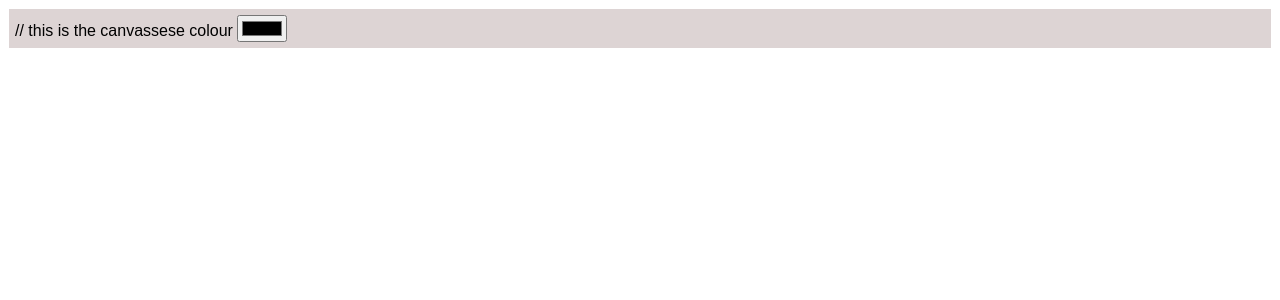
Repository: manayparikh1/CanColour
Page: index.html
The author's editor kept a copy of each file at every save. The page is drawn from the files as they stood at one save, then again after the next save.
The browser window is 1280 px wide. The pictures show the whole page.

Above is the page before, as saved 2026-10-08 07:24:14.

### index.html
<body style="margin:9;
font: 16px Arial, sans-serif;">
    <div style="padding:6px;background: #ddd4d4"> // this is the canvassese colour
        <input type=color id=col valeu="#000000">

    </div>

After the next save:
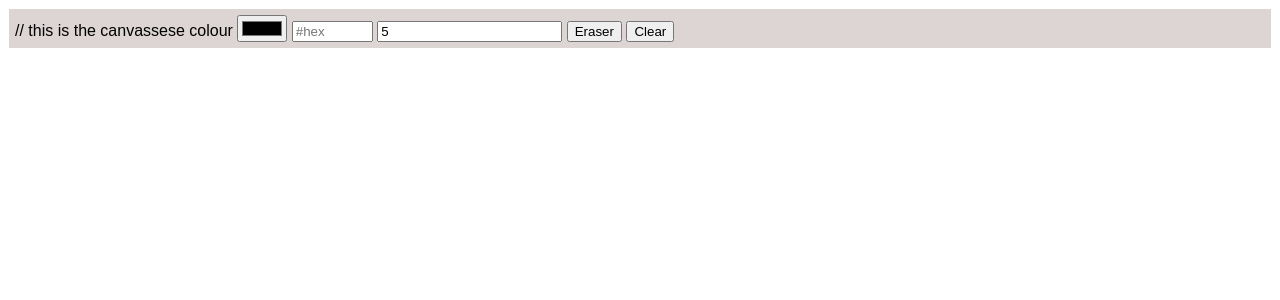
Saved 2 min 53 s later.
--- a/index.html
+++ b/index.html
@@ -2,5 +2,9 @@
 font: 16px Arial, sans-serif;">
     <div style="padding:6px;background: #ddd4d4"> // this is the canvassese colour
         <input type=color id=col valeu="#000000">
+        <input id="hex" placeholder="#hex" size=7>
 
+        <input type="range id=size" min=1 max=50 value=5>
+        <button id="eraser">Eraser</button>
+        <button id="clear">Clear</button>
     </div>
